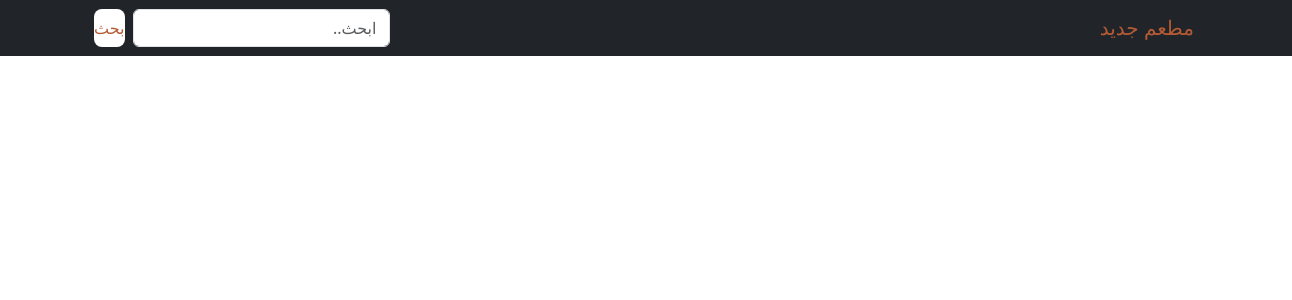
Repository: kerlos-alfy/Restaurant-Menu
Page: /
An editor plug-in stored every save of this project. The page is shown before and after the next save, followed by the edit.
The browser window is 1280 px wide. The page is 1292 px wide, so the pictures cover 1292 px, including what lies to the right of the window. The pictures show the whole page.
Some web fonts or font styles are not loaded; a fallback is used. The project was rebuilt for these pictures with package versions that can differ from the ones it lists, and the page was loaded fresh each time. Also part of the build but not shown: vite.config.js, src/App.css.

Above is the page before, as saved 2024-12-20 01:05:45.

### index.html
<!DOCTYPE html>
<html lang="ar" dir="rtl">
	<head>
		<meta charset="UTF-8" />
		<link rel="icon" type="image/svg+xml" href="/vite.svg" />
		<link
			rel="stylesheet"
			href="https://cdn.jsdelivr.net/npm/bootstrap@5.3.2/dist/css/bootstrap.min.css"
			integrity="sha384-T3c6CoIi6uLrA9TneNEoa7RxnatzjcDSCmG1MXxSR1GAsXEV/Dwwykc2MPK8M2HN"
			crossorigin="anonymous" />
		<!-- Start Font Google Arabic  -->
		<link rel="preconnect" href="https://fonts.googleapis.com" />
		<link rel="preconnect" href="https://fonts.gstatic.com" crossorigin />
		<link
			href="https://fonts.googleapis.com/css2?family=Alkalami&family=Almarai:wght@300;400;700;800&family=Cairo:wght@200..1000&family=Rakkas&display=swap"
			rel="stylesheet" />
		<!-- End Font Google Arabic  -->
		<meta name="viewport" content="width=device-width, initial-scale=1.0" />
		<title>Vite + React</title>
	</head>
	<body>
		<div id="root"></div>
		<script type="module" src="/src/main.jsx"></script>
	</body>
</html>

### src/index.css
/* :root {
  font-family: Inter, system-ui, Avenir, Helvetica, Arial, sans-serif;
  line-height: 1.5;
  font-weight: 400;

  color-scheme: light dark;
  color: rgba(255, 255, 255, 0.87);
  background-color: #242424;

  font-synthesis: none;
  text-rendering: optimizeLegibility;
  -webkit-font-smoothing: antialiased;
  -moz-osx-font-smoothing: grayscale;
}

a {
  font-weight: 500;
  color: #646cff;
  text-decoration: inherit;
}
a:hover {
  color: #535bf2;
}

body {
  margin: 0;
  display: flex;
  place-items: center;
  min-width: 320px;
  min-height: 100vh;
}

h1 {
  font-size: 3.2em;
  line-height: 1.1;
}

button {
  border-radius: 8px;
  border: 1px solid transparent;
  padding: 0.6em 1.2em;
  font-size: 1em;
  font-weight: 500;
  font-family: inherit;
  background-color: #1a1a1a;
  cursor: pointer;
  transition: border-color 0.25s;
}
button:hover {
  border-color: #646cff;
}
button:focus,
button:focus-visible {
  outline: 4px auto -webkit-focus-ring-color;
}

@media (prefers-color-scheme: light) {
  :root {
    color: #213547;
    background-color: #ffffff;
  }
  a:hover {
    color: #747bff;
  }
  button {
    background-color: #f9f9f9;
  }
} */

.color-body {
	background-color: #f8f8f8;
	height: 100vh;
}
.font {
	font-family: "Almarai", sans-serif;
}
.title {
	color: #224f61;
	font-family: Almarai;
	font-size: 30px;
	font-weight: bold;
	letter-spacing: 0;
	line-height: 64px;
}
.underline {
	height: 1px;
	width: 200px;
	border-radius: 10px;
	border: 2px solid #b45b35;
}
.btn {
	color: black;
	font-family: Almarai;
	font-size: 18px;
	letter-spacing: 0;
	line-height: 24px;
}
.btn:hover {
	color: black;
	font-family: Almarai;
	font-size: 18px;
	font-weight: bold;
	letter-spacing: 0;
	line-height: 24px;
	border-radius: 11px;
	border: none;
	background-color: #b45b35;
}
.img-item {
	height: 180px;
	width: 252px;
	border-radius: 5px;
}
.item-description {
	color: #8c8c8c;
	font-family: Almarai;
	font-size: 16px;
	letter-spacing: 0;
	line-height: 20px;
}
.item-title {
	color: #555555;
	font-family: Almarai;
	font-size: 16px;
	font-weight: bold;
	letter-spacing: 0;
	line-height: 20px;
}
.card-color {
	background-color: #f8f8f8;
}
.item-price {
	color: #b45b35;
	font-family: Almarai;
	font-size: 16px;
	font-weight: bold;
	letter-spacing: 0;
	line-height: 20px;
}
.btn-search {
	background: none;
	color: inherit;
	border: none;
	padding: 0;
	font: inherit;
	cursor: pointer;
	outline: inherit;
	color: #b45b35;
	border-radius: 3px solid #b45b35;
	border-radius: 8px;
	background-color: white;
}
.btn-search:hover {
	color: white;
	border-radius: 3px solid white;
	background-color: #b45b35;
	border-radius: 8px;
}
.brand-color {
	color: #b45b35;
}

### src/App.jsx
import "./App.css";
import NavBar from "./components/NavBar";
function App() {
	return (
		<>
			<NavBar />
		</>
	);
}

export default App;

### src/components/NavBar.jsx
import { Navbar, Container, Row, Nav, Form, FormControl } from "react-bootstrap";
const NavBar = () => {
	return (
		<Row>
			<Navbar bg="dark" expand="lg" variant="dark">
				<Container>
					<Navbar.Brand href="#">
						<div className="brand-color">مطعم جديد</div>
					</Navbar.Brand>
					<Navbar.Toggle aria-controls="navbarScroll" />
					<Navbar.Collapse id="navbarScroll">
						<Nav className="me-auto my-2 my-lg-0" style={{ maxHeight: "100px" }} navbarScroll></Nav>
						<Form className="d-flex">
							<FormControl type="text" placeholder="ابحث.." className="mx-2" />
							<button className="btn-search">بحث</button>
						</Form>
					</Navbar.Collapse>
				</Container>
			</Navbar>
		</Row>
	);
};

export default NavBar;

Loaded but not shown: src/main.jsx (common file)

After the next save:
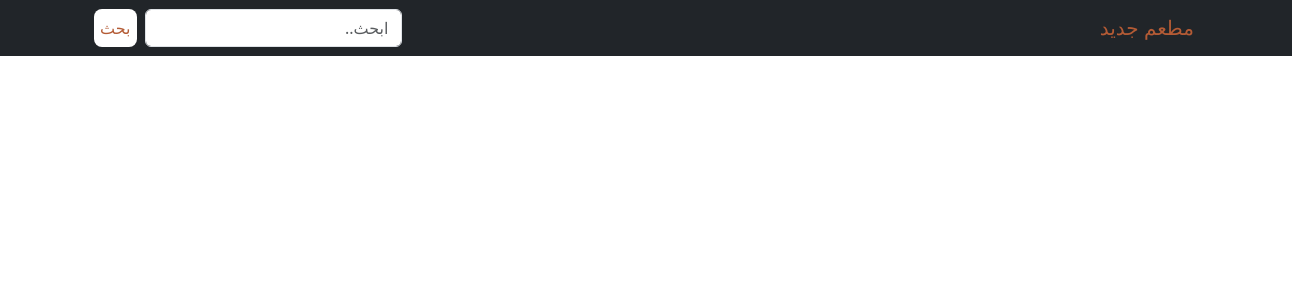
Saved 68 s later.
--- a/src/index.css
+++ b/src/index.css
@@ -138,13 +138,8 @@ button:focus-visible {
 	line-height: 20px;
 }
 .btn-search {
-	background: none;
-	color: inherit;
 	border: none;
-	padding: 0;
-	font: inherit;
 	cursor: pointer;
-	outline: inherit;
 	color: #b45b35;
 	border-radius: 3px solid #b45b35;
 	border-radius: 8px;
